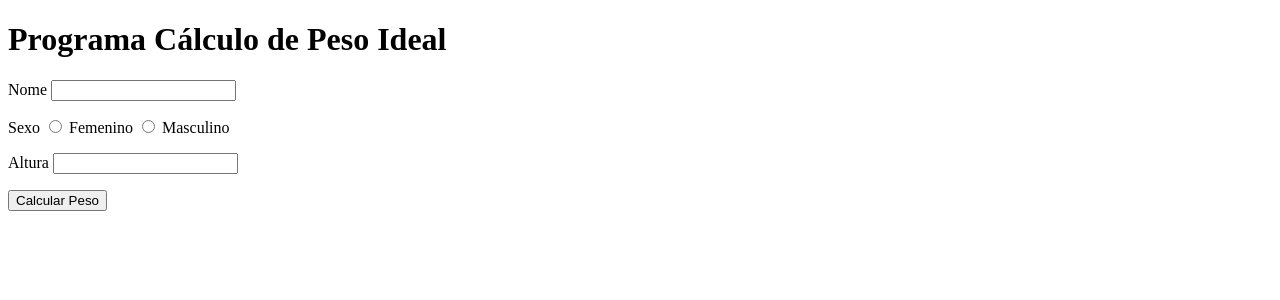
Repository: JhonMercedes/Javascript-book
Page: cap3/ex3_2.html
The author's editor kept a copy of each file at every save. The page is drawn from the files as they stood at one save, then again after the next save.
The browser window is 1280 px wide. The pictures show the whole page.

Above is the page before, as saved 2021-12-11 23:27:48.

### cap3/ex3_2.html
<!DOCTYPE html>
<html lang="en">
<head>
    <meta charset="UTF-8">
    <meta http-equiv="X-UA-Compatible" content="IE=edge">
    <meta name="viewport" content="width=device-width, initial-scale=1.0">
    <title>Exemplo 3.2</title>
</head>
<body>

    <h1>Programa Cálculo de Peso Ideal</h1>
    <p>Nome
        <input type="text" id="inNome">
    </p>
    <p>Sexo
        <input type="radio" name="sexo" id="inFem" > Femenino
        <input type="radio" name="sexo" id="inMasc"> Masculino
    </p>
    <p>Altura
        <input type="text" id="inAltura">
    </p>

    <input type="button" value="Calcular Peso">

</body>
</html>

After the next save:
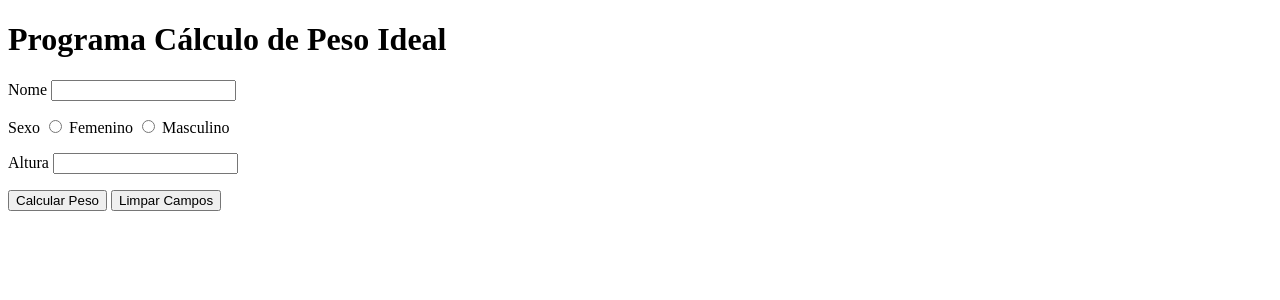
Saved 35 s later.
--- a/cap3/ex3_2.html
+++ b/cap3/ex3_2.html
@@ -20,7 +20,8 @@
         <input type="text" id="inAltura">
     </p>
 
-    <input type="button" value="Calcular Peso">
+    <input type="button" value="Calcular Peso" id="btCalcularPeso">
+    <input type="button" value="Limpar Campos">
 
 </body>
 </html>
